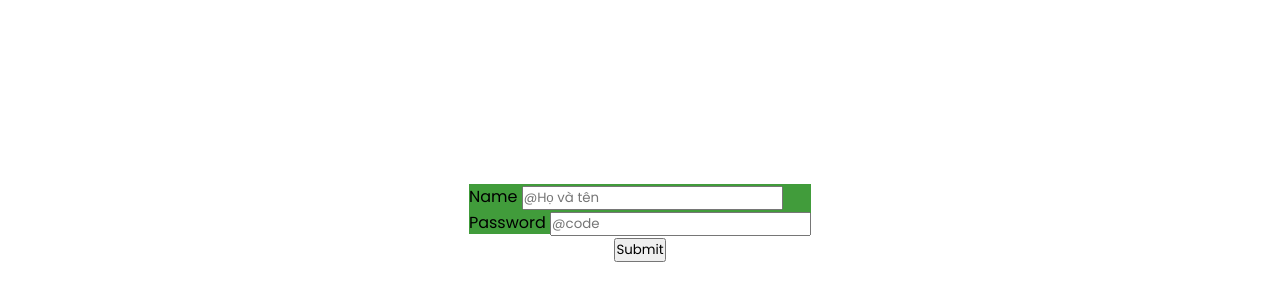
Repository: TruongVu299/Nhom21_NguyenThiNgocLam_DoTruongVu
Page: SourcesCode/index2.html
The author's editor kept a copy of each file at every save. The page is drawn from the files as they stood at one save, then again after the next save.
The browser window is 1280 px wide. The pictures show the whole page.

Above is the page before, as saved 2023-04-22 02:58:24.

After the next save:
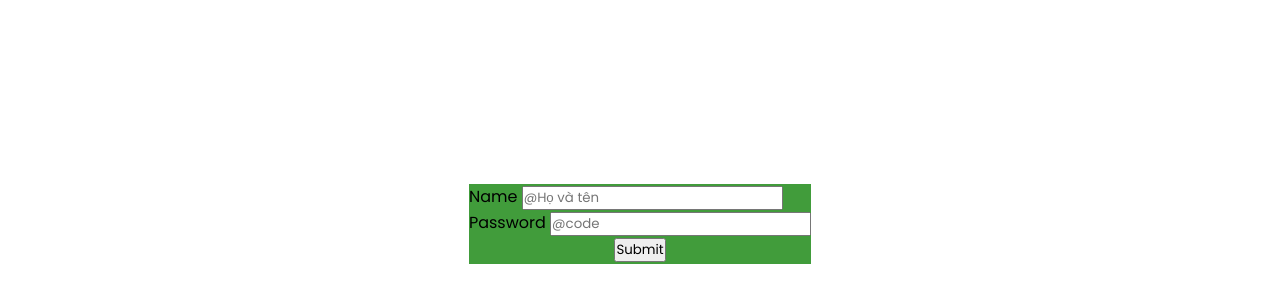
Saved 21 s later.
--- a/SourcesCode/style2.css
+++ b/SourcesCode/style2.css
@@ -8,7 +8,7 @@
 }
 #wrapper {
     width:max-content;
-    height: 50px;
+    height: 80px;
     margin:0px auto;
     margin-top:184px;
     margin-bottom: 50px;
